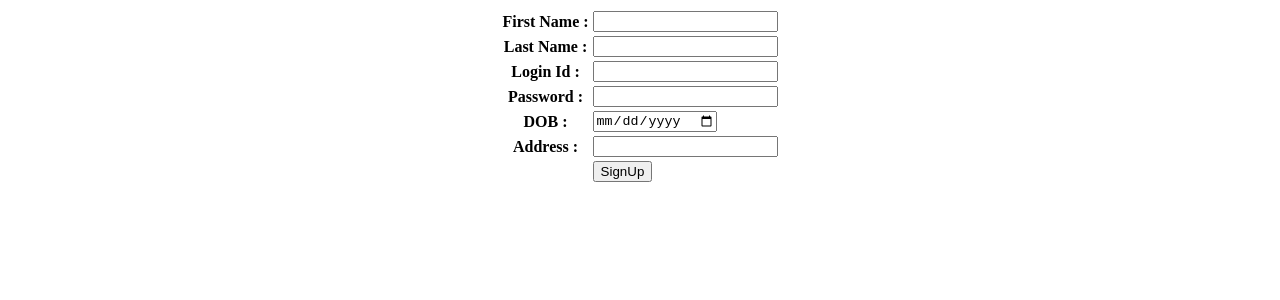
Repository: HimanshuJain1991/ProjectModuleUseCase
Page: http://localhost/Practice/UserRegistrationView.jsp
The author's editor kept a copy of each file at every save. The page is drawn from the files as they stood at one save, then again after the next save.
The browser window is 1280 px wide. The pictures show the whole page.
The page is served by Tomcat 9.

Above is the page before, as saved 2024-02-27 11:43:19.

After the next save:
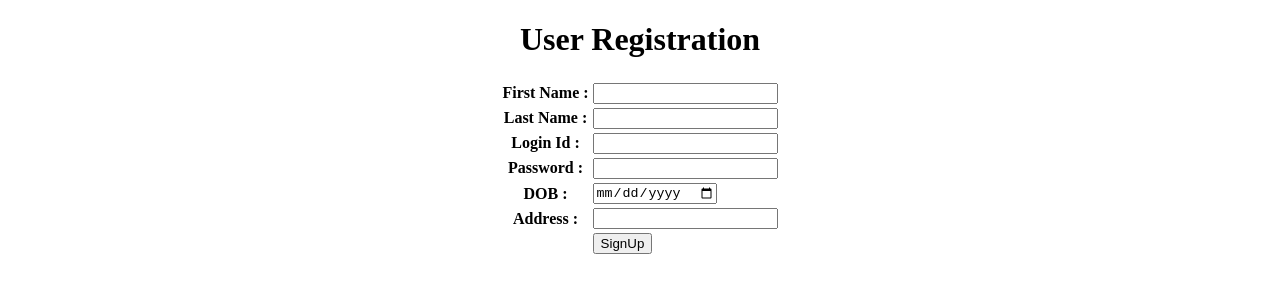
Saved 37 s later.
--- a/Practice/src/main/webapp/UserRegistrationView.jsp
+++ b/Practice/src/main/webapp/UserRegistrationView.jsp
@@ -12,6 +12,7 @@
 	<form action="UserRegistrationCtl" method="post">
 		<center>
 			<table>
+			<h1>User Registration</h1>
 				<tr>
 					<th>First Name :</th>
 					<td><input type="text" name="firstName"></td>
